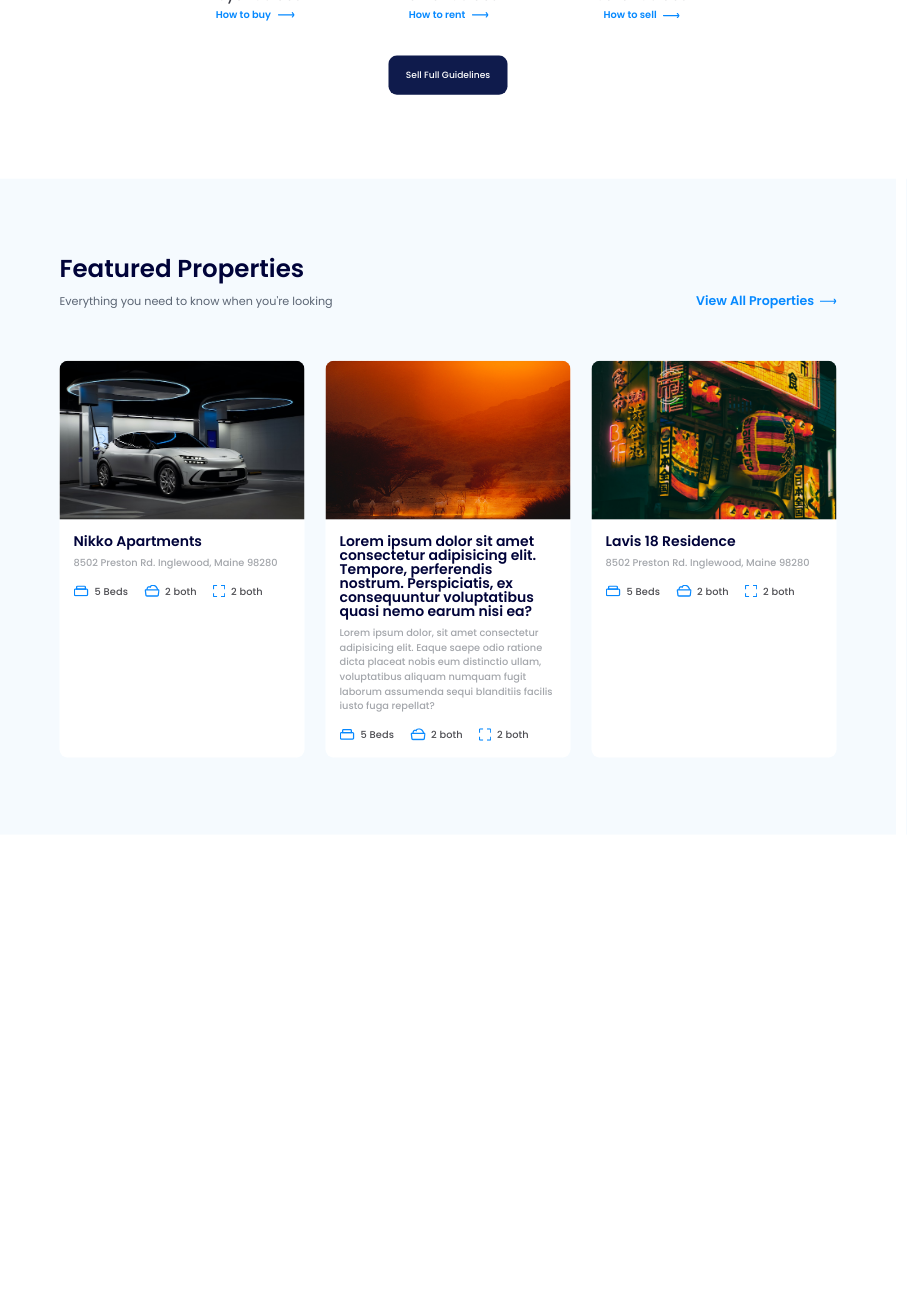
Repository: empty24062002/f8-htmlcss-01
Page: index.html
The author's editor kept a copy of each file at every save. The page is drawn from the files as they stood at one save, then again after the next save.
The browser window is 1280 px wide. The page is 1295 px wide, so the pictures cover 1295 px, including what lies to the right of the window. The pictures show the part of the page from y = 1616 to 3496 px (the page is 10000 px tall), at 70% of full size.

Above is the page before, as saved 2023-07-13 09:00:50.

### index.html
<!DOCTYPE html>
<html lang="en">
    <head>
        <meta charset="UTF-8" />
        <meta name="viewport" content="width=device-width, initial-scale=1.0" />
        <title>F8 PROJECT 01</title>
        <link rel="stylesheet" href="./assets/css/reset.css" />
        <link rel="stylesheet" href="./assets/fonts/stylesheet.css" />
        <link rel="stylesheet" href="./assets/css/styles.css" />
    </head>
    <body>
        <main style="height: 10000px">
            <!-- Header -->
            <header class="header">
                <div class="content">
                    <nav class="navbar">
                        <!-- Logo -->
                        <img src="./assets/img/Logo.svg" alt="Besnik." />
                        <!-- Navigation -->
                        <ul>
                            <li><a href="#!">Home</a></li>
                            <li><a href="#!">Features</a></li>
                            <li><a href="#!">Services</a></li>
                            <li><a href="#!">Resources</a></li>
                            <li><a href="#!">Contact</a></li>
                        </ul>
                        <!-- Action -->
                        <div class="actions">
                            <a href="#!" class="action-link">Sign in</a>
                            <a href="#!" class="btn action-btn">Sign up</a>
                        </div>
                    </nav>

                    <div class="hero">
                        <div class="info">
                            <p class="sub-title">Welcome to Besnik Agency</p>
                            <h1 class="title">
                                Discover a place you'll love to live.
                            </h1>
                            <p class="desc">
                                Get the best real estate deals first, before
                                they hit the mass market! HOT FORECLOSURE DEALS
                                with one simple search.
                            </p>
                            <!-- cta: call to action -->
                            <a href="#!" class="btn hero-cta">More About Us</a>
                        </div>

                        <img
                            src="./assets/img/hero-img.svg"
                            alt="Discover a place you'll love to live."
                            class="hero-img"
                        />
                    </div>
                </div>
            </header>

            <!-- Clients -->
            <div class="clients">
                <div class="content">
                    <div class="row">
                        <!-- Logo -->
                        <img src="./assets/img/Logo.svg" alt="Besnik" />

                        <!-- Stars -->
                        <div class="stars">
                            <img src="./assets/img/star.svg" alt="star" />
                            <img src="./assets/img/star.svg" alt="star" />
                            <img src="./assets/img/star.svg" alt="star" />
                            <img src="./assets/img/star.svg" alt="star" />
                            <img src="./assets/img/star.svg" alt="star" />
                        </div>
                    </div>

                    <div class="row row-desc">
                        <p class="desc">
                            More than 45,000+ companies trust besnik
                        </p>
                        <p class="desc">5 Star Ratings (2k+ Review)</p>
                    </div>

                    <div class="images">
                        <img src="./assets/img/meundies-cllients1.svg" alt="" />
                        <img src="./assets/img/slack-clients.svg" alt="" />
                        <img src="./assets/img/amz-clients 3.svg" alt="" />
                        <img
                            src="./assets/img/woo-commerce-clients 4.svg"
                            alt=""
                        />
                        <img src="./assets/img/sitepoint-clients5.svg" alt="" />
                    </div>
                </div>
            </div>

            <!-- Guides -->
            <div class="guides">
                <div class="content">
                    <h2 class="sub-title">How its works?</h2>
                    <p class="desc">
                        Everything you need to know when you're looking to buy,
                        rent, or sell - all in one place.
                    </p>

                    <!-- List Guide -->
                    <ul class="list-guide">
                        <li class="guide-item">
                            <img
                                src="./assets/img/cart-icon.svg"
                                alt="buyer"
                                class="icon"
                            />
                            <h3 class="title">Buyer Guides</h3>
                            <a href="How to buy" class="link">
                                <span>How to buy</span>
                                <img
                                    src="./assets/img/arow-right.svg"
                                    alt="arrow right"
                                    class="arrow"
                                />
                            </a>
                        </li>
                        <li class="guide-item">
                            <img
                                src="./assets/img/rent-icon.svg"
                                alt="rent"
                                class="icon"
                            />
                            <h3 class="title">Renter Guides</h3>
                            <a href="How to buy" class="link">
                                <span>How to rent</span>
                                <img
                                    src="./assets/img/arow-right.svg"
                                    alt="arrow right"
                                    class="arrow"
                                />
                            </a>
                        </li>
                        <li class="guide-item">
                            <img
                                src="./assets/img/sellerr-icon.svg"
                                alt="Seller"
                                class="icon"
                            />
                            <h3 class="title">Seller Guides</h3>
                            <a href="How to buy" class="link">
                                <span>How to sell</span>
                                <img
                                    src="./assets/img/arow-right.svg"
                                    alt="arrow right"
                                    class="arrow"
                                />
                            </a>
                        </li>
                    </ul>

                    <div class="guide-cta">
                        <a href="#!" class="btn">Sell Full Guidelines</a>
                    </div>
                </div>
            </div>

            <!-- Featured -->
            <div class="featured">
                <div class="content">
                    <header>
                        <h2 class="sub-title">Featured Properties</h2>
                        <div class="row">
                            <p class="desc">
                                Everything you need to know when you're looking
                            </p>
                            <a href="#!" class="link">
                                <span>View All Properties</span>
                                <img
                                    src="./assets/img/arow-right.svg"
                                    alt="arrow right"
                                    class="arrow"
                                />
                            </a>
                        </div>
                    </header>

                    <div class="list">
                        <!-- Featured item 1 -->
                        <div class="item">
                            <a href="#!">
                                <img
                                    src="./assets/img/featured-1.jpg"
                                    alt="Nikko Apartments"
                                    class="thumbnail"
                                />
                            </a>
                            <div class="body">
                                <h3 class="title">
                                    <a href="#!">Nikko Apartments</a>
                                </h3>
                                <p class="desc">
                                    8502 Preston Rd. Inglewood, Maine 98280
                                </p>
                                <div class="info">
                                    <img
                                        src="./assets/img/icon-1.svg"
                                        alt=""
                                        class="icon"
                                    />
                                    <span class="lable">5 Beds</span>
                                    <img
                                        src="./assets/img/icon-2.svg"
                                        alt=""
                                        class="icon"
                                    />
                                    <span class="lable">2 both</span>
                                    <img
                                        src="./assets/img/icon-3.svg"
                                        alt=""
                                        class="icon"
                                    />
                                    <span class="lable">2 both</span>
                                </div>
                            </div>
                        </div>
                        <!-- Featured item 2 -->
                        <div class="item">
                            <a href="#!">
                                <img
                                    src="./assets/img/featured-2.jpg"
                                    alt="CouCou Homestead"
                                    class="thumbnail"
                                />
                            </a>
                            <div class="body">
                                <h3 class="title">
                                    <a href=""
                                        >Lorem ipsum dolor sit amet consectetur
                                        adipisicing elit. Tempore, perferendis
                                        nostrum. Perspiciatis, ex consequuntur
                                        voluptatibus quasi nemo earum nisi
                                        ea?</a
                                    >
                                </h3>
                                <p class="desc">
                                    Lorem ipsum dolor, sit amet consectetur
                                    adipisicing elit. Eaque saepe odio ratione
                                    dicta placeat nobis eum distinctio ullam,
                                    voluptatibus aliquam numquam fugit laborum
                                    assumenda sequi blanditiis facilis iusto
                                    fuga repellat?
                                </p>
                                <div class="info">
                                    <img
                                        src="./assets/img/icon-1.svg"
                                        alt=""
                                        class="icon"
                                    />
                                    <span class="lable">5 Beds</span>
                                    <img
                                        src="./assets/img/icon-2.svg"
                                        alt=""
                                        class="icon"
                                    />
                                    <span class="lable">2 both</span>
                                    <img
                                        src="./assets/img/icon-3.svg"
                                        alt=""
                                        class="icon"
                                    />
                                    <span class="lable">2 both</span>
                                </div>
                            </div>
                        </div>
                        <!-- Featured item 3 -->
                        <div class="item">
                            <a href="#!">
                                <img
                                    src="./assets/img/featured-3.jpg"
                                    alt="Lavis 18 Residence"
                                    class="thumbnail"
                                />
                            </a>
                            <div class="body">
                                <h3 class="title">
                                    <a href="#!">Lavis 18 Residence</a>
                                </h3>
                                <p class="desc">
                                    8502 Preston Rd. Inglewood, Maine 98280
                                </p>
                                <div class="info">
                                    <img
                                        src="./assets/img/icon-1.svg"
                                        alt=""
                                        class="icon"
                                    />
                                    <span class="lable">5 Beds</span>
                                    <img
                                        src="./assets/img/icon-2.svg"
                                        alt=""
                                        class="icon"
                                    />
                                    <span class="lable">2 both</span>
                                    <img
                                        src="./assets/img/icon-3.svg"
                                        alt=""
                                        class="icon"
                                    />
                                    <span class="lable">2 both</span>
                                </div>
                            </div>
                        </div>
                    </div>
                </div>
            </div>
        </main>
    </body>
</html>

### assets/css/styles.css
* {
    box-sizing: border-box;
}

:root {
    --primary-color: #0f1b4c;
}

html {
    font-size: 62.5%;
}

body {
    font-size: 1.6rem;
    font-family: "Poppins", sans-serif;
}
/* Common */
a {
    text-decoration: none;
}

.content {
    width: 1110px;
    max-width: calc(100% - 48px);
    margin-left: auto;
    margin-right: auto;
}

.btn {
    display: inline-block;
    min-width: 98px;
    padding: 18px 16px;
    border-radius: 12px;
    background: var(--primary-color);
    font-size: 1.4rem;
    font-weight: 500;
    text-align: center;
    color: #fff;
}

.btn:hover {
    opacity: 0.9;
}

/* Header */
.header {
    position: relative;
    background-color: #e6f0ff;
    height: 100vh;
}

.navbar {
    display: flex;
    align-items: center;
    padding-top: 38px;
}

.navbar ul {
    display: flex;
    margin-left: 50px;
}

.navbar ul a {
    font-size: 1.4rem;
    font-weight: 500;
    color: #4f5361;
    padding: 8px 14px;
}

.navbar ul a:hover {
    text-decoration: underline;
}

.navbar .actions {
    margin-left: auto;
}

.navbar .action-link {
    font-size: 1.4rem;
    font-weight: 500;
    color: var(--primary-color);
    margin-right: 18px;
}

.navbar .action-btn {
    padding: 13px 16px;
    border-radius: 8px;
}

.hero {
    margin-top: 130px;
}

.hero .info {
    width: 51%;
}

.hero .sub-title {
    color: #687690;
    font-size: 1.8rem;
    line-height: 1.5;
    font-weight: 500;
    letter-spacing: 0.01em;
}

.hero .title {
    margin-top: 8px;
    color: #000336;
    font-size: 6.2rem;
    font-weight: 700;
    line-height: 1.19;
}

.hero .desc {
    margin-top: 30px;
    color: #5a6473;
    font-size: 1.8rem;
    font-weight: 400;
    line-height: 1.78;
}

.hero-cta {
    min-width: 170px;
    margin-top: 40px;
}

.hero-img {
    position: absolute;
    right: calc((100vw - 1110px) / 2 - 100px);
    bottom: 0;
}

/* Clients */
.clients {
    margin-top: 122px;
}

.clients .row {
    display: flex;
    justify-content: space-between;
}

.clients .row-desc {
    margin-top: 23px;
}

.clients .desc {
    font-size: 1.6rem;
    font-weight: 500;
    line-height: 20px;
}

.clients .images {
    display: flex;
    justify-content: space-between;
    align-items: center;
    margin-top: 96px;
}

/* Guides */

.guides {
    margin-top: 199px;
}

.guides .sub-title {
    position: relative;
    color: #000339;
    text-align: center;
    font-size: 3.5rem;
    font-weight: 600;
    line-height: 35px;
}

.guides .sub-title::before {
    position: absolute;
    display: inline-block;
    content: "";
    width: 41px;
    height: 4px;
    top: -10px;
    left: 50%;
    transform: translateX(-50%);
    border-radius: 12px;
    background: #000339;
}

.guides .desc {
    width: 459px;
    max-width: 100%;
    color: #5a6473;
    text-align: center;
    margin: 20px auto 0;
    font-size: 1.6rem;
    font-weight: 400;
    line-height: 30px;
}

.list-guide {
    display: flex;
    justify-content: center;
    margin-top: 70px;
}

.guide-item {
    margin: 0 70px;
    text-align: center;
}

.guide-item .title {
    margin-top: 26px;
    color: #3b3c45;
    font-size: 2rem;
    font-weight: 500;
    line-height: 22px;
}

.guide-item .link {
    display: inline-block;
    margin-top: 10px;
    color: #0689ff;
    font-size: 1.4rem;
    font-weight: 600;
}

.guide-item .arrow {
    margin-left: 6px;
}

.guide-cta {
    display: flex;
    justify-content: center;
    margin-top: 50px;
}

.guide-cta .btn {
    min-width: 170px;
    color: #fff;
    font-size: 1.3rem;
    font-weight: 500;
    line-height: normal;
}

/* Featured */

.featured {
    background: #f5fafe;
    margin-top: 120px;
    padding: 110px 0;
}

.featured .sub-title {
    color: #000339;
    font-size: 3.5rem;
    font-weight: 600;
    line-height: 35px;
}

.featured .row {
    display: flex;
    justify-content: space-between;
    margin-top: 15px;
}

.featured .desc {
    color: #5a6473;
    font-size: 1.6rem;
    font-weight: 400;
    line-height: 30px;
}

.featured .link {
    display: flex;
    align-items: center;
    color: #0689ff;
    font-size: 18px;
    font-weight: 600;
}

.featured .arrow {
    margin-left: 8px;
}
.featured .list {
    display: flex;
    gap: 30px;
    margin-top: 70px;
}

.featured .item {
    background: #fff;
    flex: 1;
    border-radius: 12px;
}

.featured .item .thumbnail {
    width: 100%;
    height: 227px;
    object-fit: cover;
    border-top-left-radius: 12px;
    border-top-right-radius: 12px;
}

.featured .item .body {
    padding: 17px 20px 24px;
}

.featured .item .title a {
    color: #000339;
    font-size: 2rem;
    font-weight: 600;
    line-height: 20px;
}

.featured .item .desc {
    margin-top: 11px;
    color: #a3a6ab;
    font-size: 1.4rem;
    line-height: 1.5;
    font-weight: 500;
}

.featured .item .info {
    display: flex;
    align-items: center;
    margin-top: 21px;
}

.featured .item .lable {
    margin-left: 8px;
    color: #4d4d52;
    font-size: 1.4rem;
    font-weight: 500;
    letter-spacing: 0.14px;
}

.featured .item .icon {
    margin-left: 23px;
}

.featured .item .icon:first-child {
    margin-left: 0;
}

Loaded but not shown: assets/css/reset.css (common file); assets/fonts/stylesheet.css (162 lines, source omitted)

After the next save:
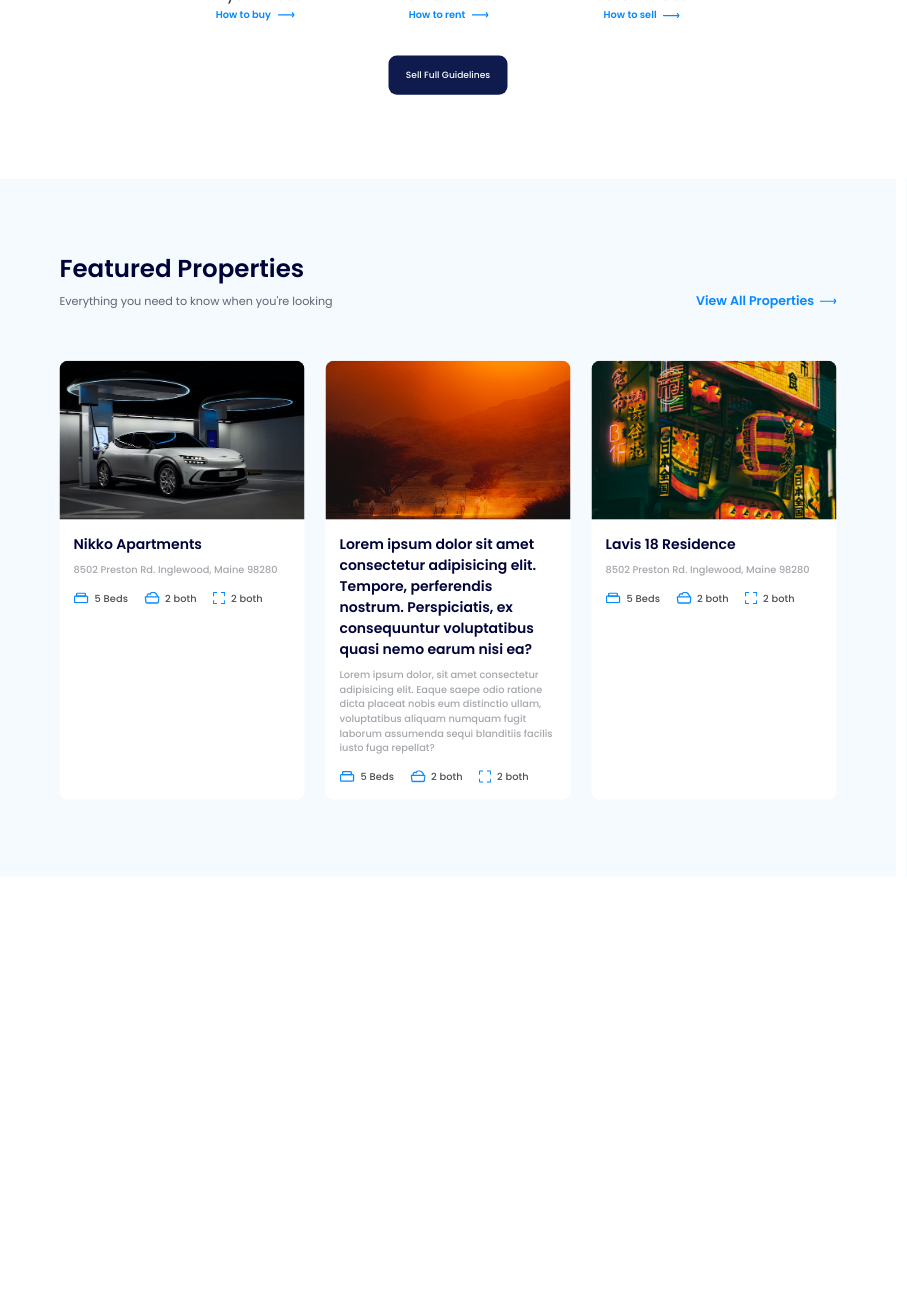
Saved 37 s later.
--- a/assets/css/styles.css
+++ b/assets/css/styles.css
@@ -308,7 +308,7 @@
     color: #000339;
     font-size: 2rem;
     font-weight: 600;
-    line-height: 20px;
+    line-height: 1.5;
 }
 
 .featured .item .desc {
